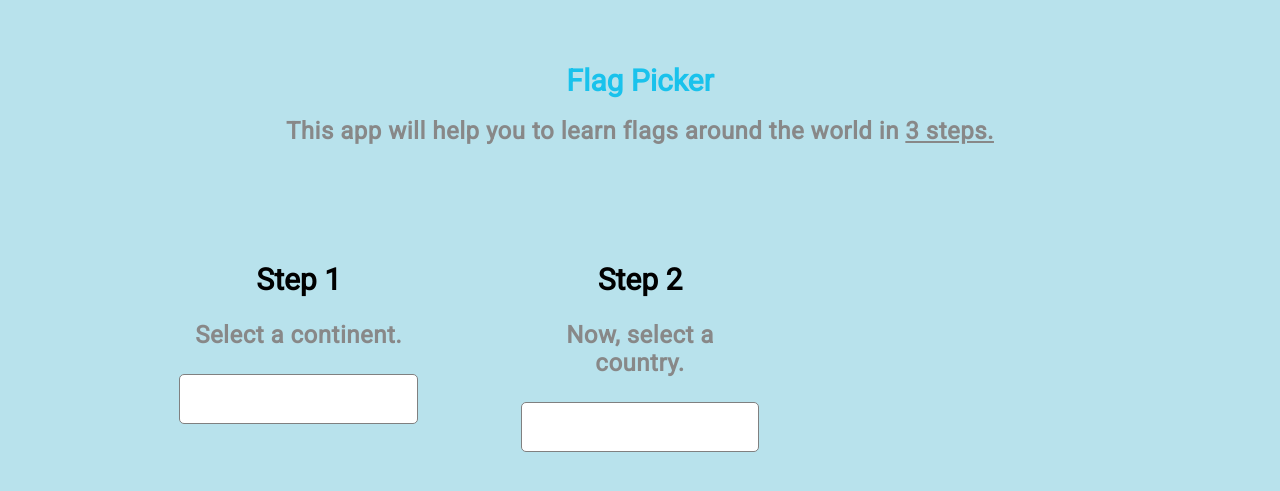
Repository: paras-shah/flag-app
Page: /
An editor plug-in stored every save of this project. The page is shown before and after the next save, followed by the edit.
The browser window is 1280 px wide. The pictures show the whole page.
The project was rebuilt for these pictures with package versions that can differ from the ones it lists, and the page was loaded fresh each time.

Above is the page before, as saved 2020-02-11 22:07:15.

After the next save:
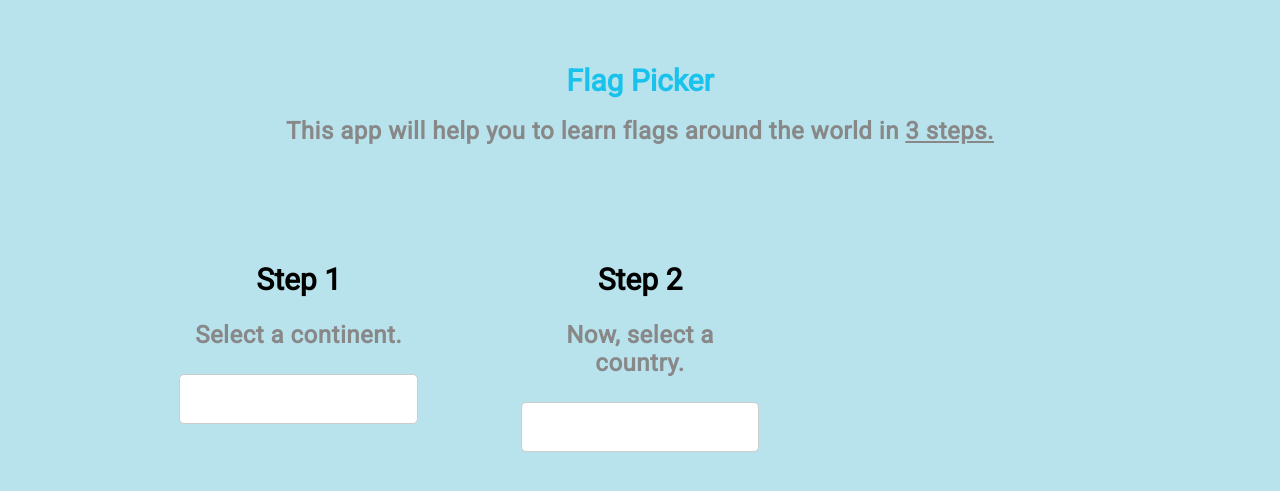
Saved 36 s later.
--- a/src/style/index.css
+++ b/src/style/index.css
@@ -55,7 +55,7 @@ h2 span {
 .column input {
     width: 100%;
     height: 50px;
-    border: solid 1px grey;
+    border: solid 1px #ccc;
     border-radius: 5px;
     font-size: 20px;
     line-height: 50px;
